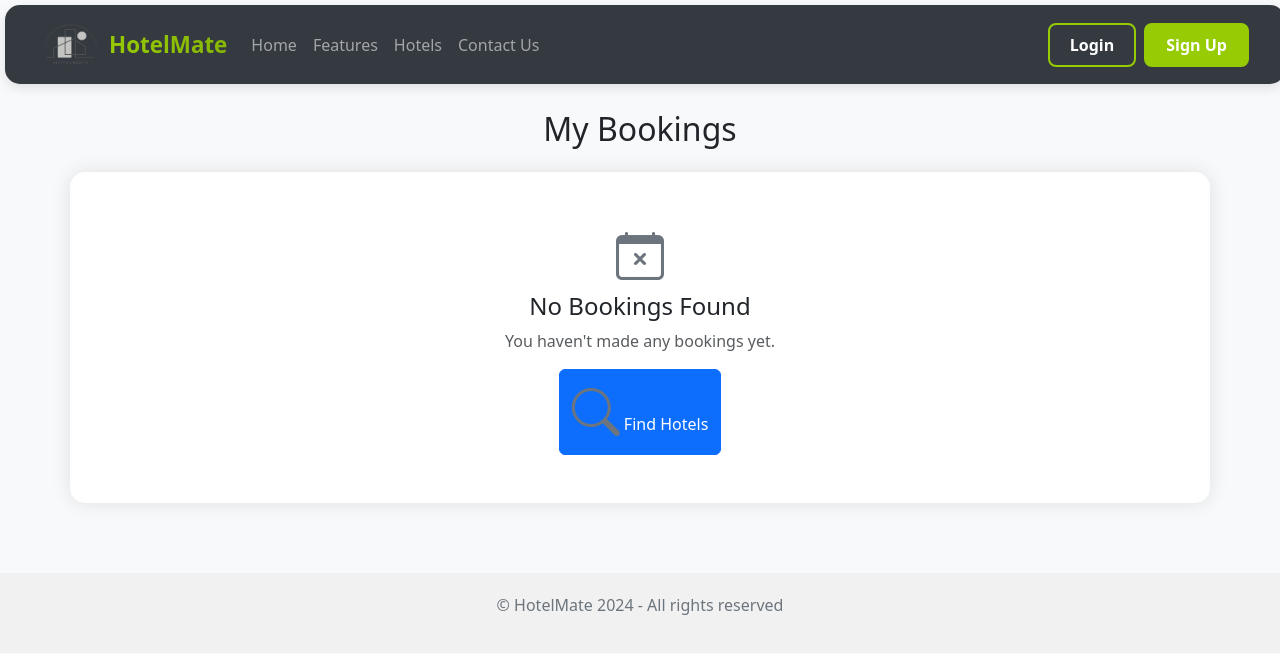
Repository: himanshu2k23/HoteMate
Page: http://localhost/HotelMate/mybookings.jsp
These files come from the project's save history. The page is drawn as it stood at one moment and after the next save; the edit follows.
The browser window is 1280 px wide. The pictures show the whole page.
The page is served by Tomcat 10. The template is opened directly, without the code that normally fills it, so the values that code supplies are empty.

Above is the page before, as saved 2025-01-16 04:27:28.

After the next save:
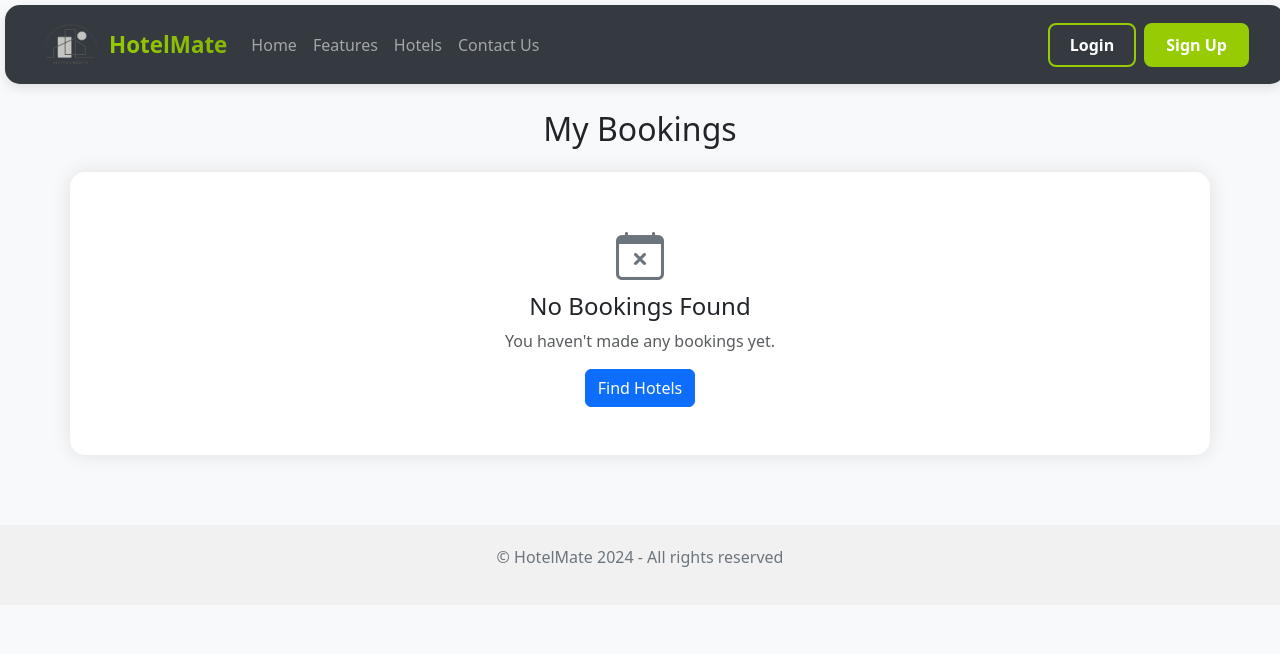
Saved 78 s later.
--- a/HotelMate/src/main/webapp/mybookings.jsp
+++ b/HotelMate/src/main/webapp/mybookings.jsp
@@ -218,8 +218,7 @@ body {
 			<i class="bi bi-calendar-x"></i>
 			<h4>No Bookings Found</h4>
 			<p class="text-muted">You haven't made any bookings yet.</p>
-			<a href="HotelDataServlet" class="btn btn-primary"> <i
-				class="bi bi-search"></i> Find Hotels
+			<a href="HotelDataServlet" class="btn btn-primary"> </i> Find Hotels
 			</a>
 		</div>
 		<%
